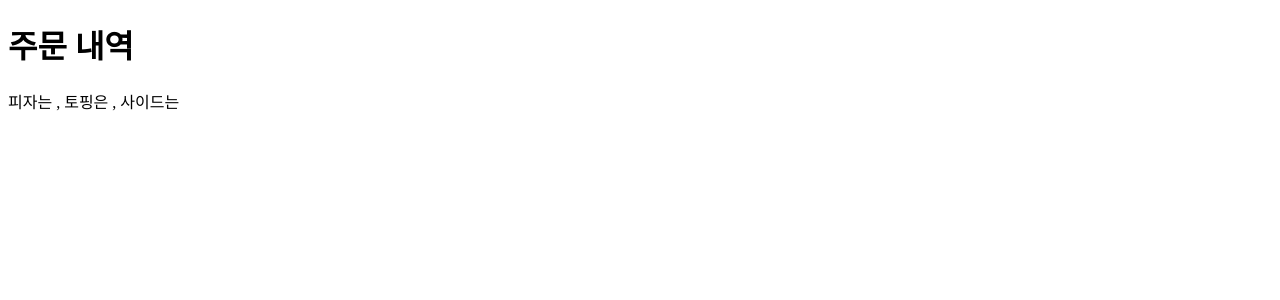
Repository: yoonseo0832/workspace
Page: http://localhost/00_Practice/orderpizza
These files come from the project's save history. The page is drawn as it stood at one moment and after the next save; the edit follows.
The browser window is 1280 px wide. The pictures show the whole page.
The page is served by Tomcat 9. Other server files are loaded and not shown.

Above is the page before, as saved 2025-03-20 06:09:06.

### 05_server/00_Practice/src/main/webapp/views/practice2_result.jsp
<%@ page language="java" contentType="text/html; charset=UTF-8"
    pageEncoding="UTF-8"%>
<!DOCTYPE html>
<html>
<head>
<meta charset="UTF-8">
<title>피자 주문 내역</title>
</head>
<body>
	<h1>주문 내역</h1>
	피자는 ${pizza}, 토핑은 ${topping}, 사이드는 ${side}
</body>
</html>

### 05_server/00_Practice/src/main/java/controller/OrderedPizzaServlet.java
package controller;

import java.io.IOException;
import javax.servlet.ServletException;
import javax.servlet.annotation.WebServlet;
import javax.servlet.http.HttpServlet;
import javax.servlet.http.HttpServletRequest;
import javax.servlet.http.HttpServletResponse;

/**
 * Servlet implementation class OrderedPizzaServlet
 */
@WebServlet("/orderpizza")
public class OrderedPizzaServlet extends HttpServlet {
	private static final long serialVersionUID = 1L;

    /**
     * @see HttpServlet#HttpServlet()
     */
    public OrderedPizzaServlet() {
        super();
        // TODO Auto-generated constructor stub
    }

	/**
	 * @see HttpServlet#doGet(HttpServletRequest request, HttpServletResponse response)
	 */
	protected void doGet(HttpServletRequest request, HttpServletResponse response) throws ServletException, IOException {
		// TODO Auto-generated method stub
		request.getRequestDispatcher("views/practice2_result.jsp").forward(request, response);
		request.getAttribute("pizza");
		request.getAttribute("topping");
		request.getAttribute("side");
	}

	/**
	 * @see HttpServlet#doPost(HttpServletRequest request, HttpServletResponse response)
	 */
	protected void doPost(HttpServletRequest request, HttpServletResponse response) throws ServletException, IOException {
		// TODO Auto-generated method stub
		doGet(request, response);
	}

}

After the next save:
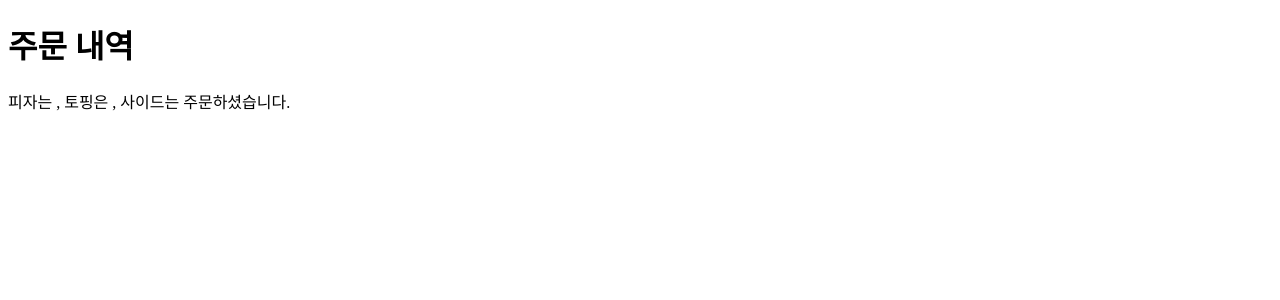
Saved 10 s later.
--- a/05_server/00_Practice/src/main/webapp/views/practice2_result.jsp
+++ b/05_server/00_Practice/src/main/webapp/views/practice2_result.jsp
@@ -8,6 +8,6 @@
 </head>
 <body>
 	<h1>주문 내역</h1>
-	피자는 ${pizza}, 토핑은 ${topping}, 사이드는 ${side}
+	피자는 ${pizza}, 토핑은 ${topping}, 사이드는 ${side} 주문하셨습니다.
 </body>
 </html>
